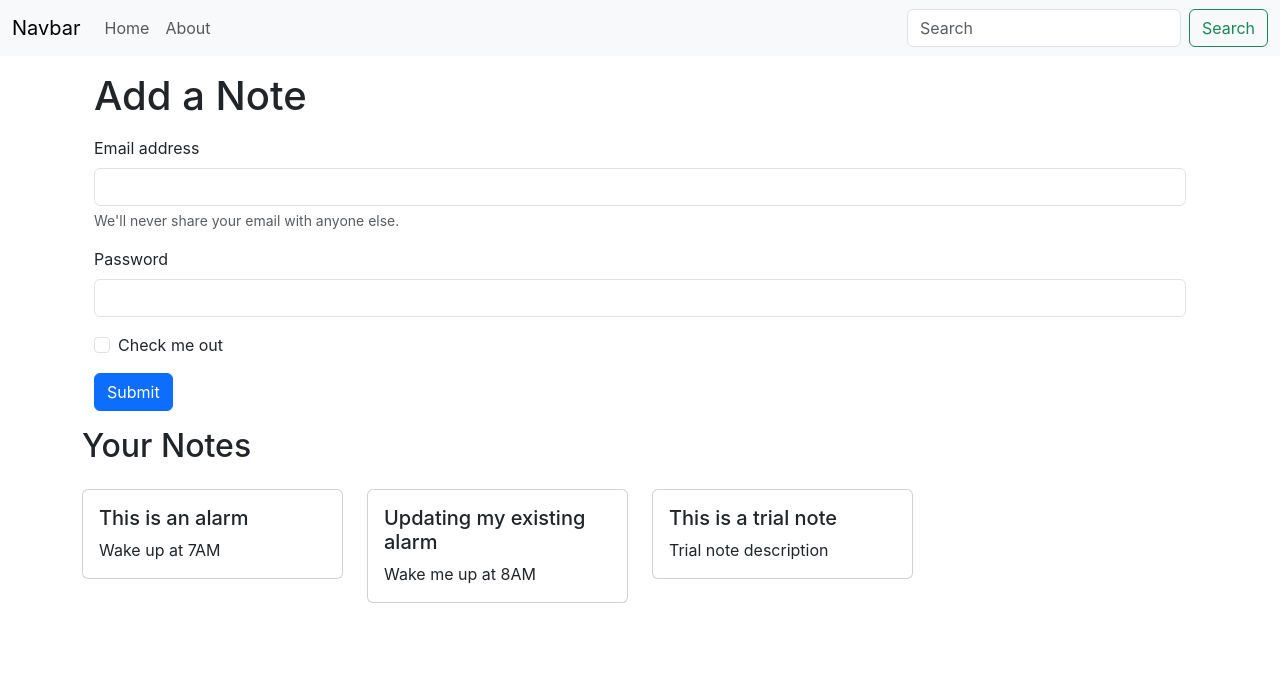
Repository: bhaveshdaipuria/inotebook
Page: /home
An editor plug-in stored every save of this project. The page is shown before and after the next save, followed by the edit.
The browser window is 1280 px wide. The pictures show the whole page.
Some web libraries are served in a nearby version. The project was rebuilt for these pictures with package versions that can differ from the ones it lists, and the page was loaded fresh each time. Also part of the build but not shown: src/App.css, src/components/About.js.

Above is the page before, as saved 2023-05-03 16:18:56.

### public/index.html
<!DOCTYPE html>
<html lang="en">
  <head>
    <meta charset="utf-8" />
    <link rel="icon" href="%PUBLIC_URL%/favicon.ico" />
    <meta name="viewport" content="width=device-width, initial-scale=1" />
    <meta name="theme-color" content="#000000" />
    <meta
      name="description"
      content="Web site created using create-react-app"
    />
    <link rel="apple-touch-icon" href="%PUBLIC_URL%/logo192.png" />
    <link href="https://cdn.jsdelivr.net/npm/bootstrap@5.3.0-alpha3/dist/css/bootstrap.min.css" rel="stylesheet" integrity="sha384-KK94CHFLLe+nY2dmCWGMq91rCGa5gtU4mk92HdvYe+M/SXH301p5ILy+dN9+nJOZ" crossorigin="anonymous">
    <!--
      manifest.json provides metadata used when your web app is installed on a
      user's mobile device or desktop. See https://developers.google.com/web/fundamentals/web-app-manifest/
    -->
    <link rel="manifest" href="%PUBLIC_URL%/manifest.json" />
    <!--
      Notice the use of %PUBLIC_URL% in the tags above.
      It will be replaced with the URL of the `public` folder during the build.
      Only files inside the `public` folder can be referenced from the HTML.

      Unlike "/favicon.ico" or "favicon.ico", "%PUBLIC_URL%/favicon.ico" will
      work correctly both with client-side routing and a non-root public URL.
      Learn how to configure a non-root public URL by running `npm run build`.
    -->
    <title>iNotebook</title>
  </head>
  <body>
    <noscript>You need to enable JavaScript to run this app.</noscript>
    <div id="root"></div>
    <script src="https://kit.fontawesome.com/f3b880b74e.js" crossorigin="anonymous"></script>
    <!--
      This HTML file is a template.
      If you open it directly in the browser, you will see an empty page.

      You can add webfonts, meta tags, or analytics to this file.
      The build step will place the bundled scripts into the <body> tag.

      To begin the development, run `npm start` or `yarn start`.
      To create a production bundle, use `npm run build` or `yarn build`.
    -->
  </body>
  <script src="https://cdn.jsdelivr.net/npm/bootstrap@5.3.0-alpha3/dist/js/bootstrap.bundle.min.js" integrity="sha384-ENjdO4Dr2bkBIFxQpeoTz1HIcje39Wm4jDKdf19U8gI4ddQ3GYNS7NTKfAdVQSZe" crossorigin="anonymous"></script>
</html>

### src/App.js
import './App.css';
import Navbar from './components/Navbar';
import Home  from './components/Home';
import { BrowserRouter, Routes, Route } from 'react-router-dom';
import About from './components/About';
import NoteState from './context/notes/NoteState';

function App() {
  return (
    <>
    <NoteState>
    <BrowserRouter>
    <Navbar/>
    <div className='container'>
      <Routes>
      <Route exact path = '/home' element={<Home/>}/>
      <Route exact path = '/about' element={<About/>}/>
    </Routes>
    </div>
    </BrowserRouter>
    </NoteState>
    </>
  );
}

export default App;

### src/components/Navbar.js
import React, { useEffect } from "react";
import { Link, useLocation } from "react-router-dom";

function Navbar() {
  let location = useLocation();
  useEffect(()=>{
    console.log(location.pathname)
  }, [location]);
  return (
    <nav className="navbar navbar-expand-lg bg-body-tertiary">
      <div className="container-fluid">
        <Link className="navbar-brand" to="/">
          Navbar
        </Link>
        <button
          className="navbar-toggler"
          type="button"
          data-bs-toggle="collapse"
          data-bs-target="#navbarSupportedContent"
          _aria-controls="navbarSupportedContent"
          aria-expanded="false"
          aria-label="Toggle navigation"
        >
          <span className="navbar-toggler-icon"></span>
        </button>
        <div className="collapse navbar-collapse" id="navbarSupportedContent">
          <ul className="navbar-nav me-auto mb-2 mb-lg-0">
            <li className="nav-item">
              <Link className={`nav-link ${location.pathname === '/'?"active":""}`} aria-current="page" to="/home">
                Home
              </Link>
            </li>
            <li className="nav-item">
              <Link className={`nav-link ${location.pathname === '/about'?"active":""}`} to="/about">
                About
              </Link>
            </li>
          </ul>
          <form className="d-flex" role="search">
            <input
              className="form-control me-2"
              type="search"
              placeholder="Search"
              aria-label="Search"
            />
            <button className="btn btn-outline-success" type="submit">
              Search
            </button>
          </form>
        </div>
      </div>
    </nav>
  );
}

export default Navbar;

### src/components/Home.js
import React from 'react';
import Notes from './Notes';

function Home() {
  return (
    <div>
    <div className='container my-3'>
    <h1>Add a Note</h1>
    <form className='my-3'>
  <div className="mb-3">
    <label for="exampleInputEmail1" className="form-label">Email address</label>
    <input type="email" className="form-control" id="exampleInputEmail1" aria-describedby="emailHelp"/>
    <div id="emailHelp" className="form-text">We'll never share your email with anyone else.</div>
  </div>
  <div className="mb-3">
    <label for="exampleInputPassword1" className="form-label">Password</label>
    <input type="password" className="form-control" id="exampleInputPassword1"/>
  </div>
  <div className="mb-3 form-check">
    <input type="checkbox" className="form-check-input" id="exampleCheck1"/>
    <label className="form-check-label" for="exampleCheck1">Check me out</label>
  </div>
  <button type="submit" className="btn btn-primary">Submit</button>
</form>
</div>
<Notes/>
</div>
  )
}

export default Home;

### src/context/notes/NoteState.js
import NoteContext from "./noteContext";
import { useState } from "react";

const  NoteState = (props)=>{
    const notesInitial = [
        {
          "_id": "644f7e8be617961a0e690ce2",
          "user": "644f7d94e617961a0e690ccc",
          "title": "This is an alarm",
          "description": "Wake up at 7AM",
          "tag": "General",
          "date": "2023-05-01T08:55:39.717Z",
          "__v": 0
        },
        {
          "_id": "644f7ea9e617961a0e690ce5",
          "user": "644f7d94e617961a0e690ccc",
          "title": "Updating my existing alarm",
          "description": "Wake me up at 8AM",
          "tag": "Updated Alarm",
          "date": "2023-05-01T08:56:09.511Z",
          "__v": 0
        },
        {
          "_id": "644f8271f19dd960cfe94ffd",
          "user": "644f7d94e617961a0e690ccc",
          "title": "This is a trial note",
          "description": "Trial note description",
          "tag": "General",
          "date": "2023-05-01T09:12:17.622Z",
          "__v": 0
        }
      ]
      const [notes, setNotes] = useState(notesInitial)
    return(
        <NoteContext.Provider value={{notes, setNotes}}>
            {props.children}
        </NoteContext.Provider>
    )
}

export default NoteState;

### src/components/Notes.js
import React, { useContext } from "react";
import noteContext from "../context/notes/noteContext";
import NoteItem from "./NoteItem";

function Notes() {
  const context = useContext(noteContext);
  const { notes, setNotes } = context;
  return (
    <div class="row my-3">
      <h2>Your Notes</h2>
      {notes.map((note) => {
        return <NoteItem title={note.title} description={note.description} />;
      })}
    </div>
  );
}

export default Notes;

### src/components/NoteItem.js
import React from 'react'

function NoteItem({title, description}) {
  return (
    <div className='col-sm-3'>
    <div className='card my-3'>
        <div className='card-body'>
            <h5 className='card-title'>{title}</h5>
            <p className='card-text'>{description}</p>
        </div>
    </div>
    </div>
  )
}

export default NoteItem;

Loaded but not shown: src/index.js (common file); src/index.css (common file); src/context/notes/noteContext.js (common file)

After the next save:
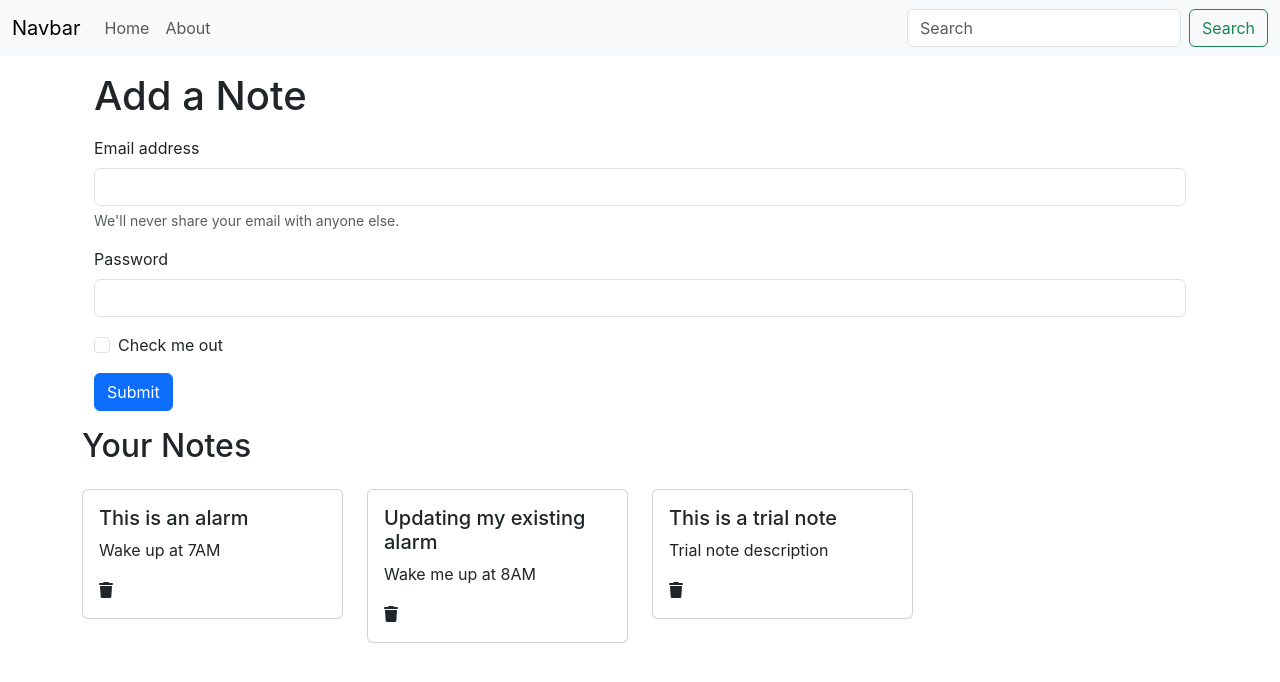
Saved 114 s later.
--- a/src/components/NoteItem.js
+++ b/src/components/NoteItem.js
@@ -7,6 +7,7 @@ function NoteItem({title, description}) {
         <div className='card-body'>
             <h5 className='card-title'>{title}</h5>
             <p className='card-text'>{description}</p>
+            <i class="fa-sharp fa-solid fa-trash"></i>
         </div>
     </div>
     </div>
